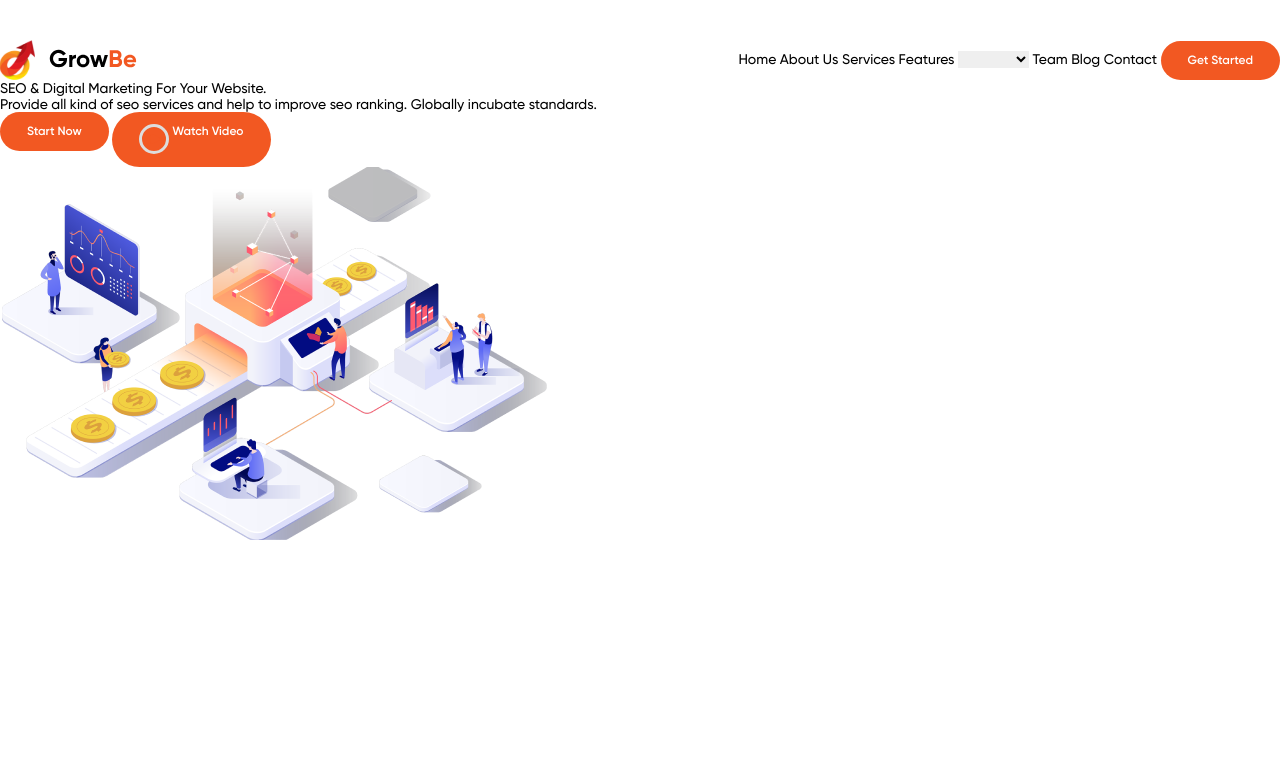
Repository: Alekseiy1980/GrowBe
Page: index.html
An editor plug-in stored every save of this project. The page is shown before and after the next save, followed by the edit.
The browser window is 1280 px wide. The pictures show the whole page.

Above is the page before, as saved 2024-01-20 12:32:10.

### index.html
<!DOCTYPE html>
<html lang="en">
<head>
    <meta charset="UTF-8">
    <meta name="viewport" content="width=device-width, initial-scale=1.0">

    <link rel="stylesheet" href="css/reset.css">
    <link rel="stylesheet" href="css/style.css">
    <title>GrowBe</title>
</head>
<body>
    <header>
        <div class="menu_bar">
            <div class="logo">
                <a class="logo-link" href="#">
                    <img src="/img/Logo.svg"  />
                </a>
            </div>
            <nav>
                <a class="menu menu_activ" href="@">Home</a>
                <a class="menu" href="@"> About Us</a>
                <a class="menu" href="@">Services</a>
                <label class="menu menu_label" for="pet-select">Features</label>
                    <select name="pets" id="pet-select">
                    <option value=""></option>
                    <option value="dog">Dog</option>
                    <option value="cat">Cat</option>
                    <option value="hamster">Hamster</option>
                    <option value="parrot">Parrot</option>
                    <option value="spider">Spider</option>
                    <option value="goldfish">Goldfish</option>
                    </select>

                <a class="menu" href="@">Team</a>
                <a class="menu" href="@">Blog</a>
                <a class="menu" href="@">Contact</a>
                <button class="btn_menu" type="button">Get Started</button>
            </nav>

        </div>
        <div class="home_meta">
            <div class="nome_content">
                <div class="home_title">
                    <h1>SEO & Digital <span>Marketing</span>  For Your Website.</h1>
                </div>
            <div class="sub_title">
                <p>Provide all kind of seo services and help to improve seo ranking. Globally incubate standards.</p>
            </div>
            <div class="btn_meta">
                <button class="btn_menu" type="button">Start Now</button>
                <button class="btn_menu" type="button">
                        <img
                            src="img/play.svg"
                            alt="play"
                            />
                    Watch Video</button>
            </div>
            </div>
            <div class="home_img">
                <img src="img/home_Image.png" alt="">
            </div>
        </div>
    </header>
</body>
</html>

### css/reset.css

* {
    padding: 0;
    margin: 0;
    border: 0;
}

*,
*::before,
*::after {
    -moz-box-sizing: border-box;
    -webkit-box-sizing: border-box;
    box-sizing: border-box;
}

:focus,
:active {
    outline: none;
}

a:focus,
a:active {
    outline: none;
}

nav,
footer,
header,
aside {
    display: block;
}

html,
body {
    height: 100%;
    width: 100%;
    font-size: 100%;
    line-height: 1;
    font-size: 14px;
    -ms-text-size-adjust: 100%;
    -moz-text-size-adjust: 100%;
    -webkit-text-size-adjust: 100%;
}

input,
button,
textarea {
    font-family: inherit;
}

input::-ms-clear {
    display: none;
}

button {
    cursor: pointer;
}

button::-moz-focus-inner {
    padding: 0;
    border: 0;
}

a,
a:visited {
    text-decoration: none;
}

a:hover {
    text-decoration: none;
}

ul li {
    list-style: none;
}

img {
    vertical-align: top;
}

h1,
h2,
h3,
h4,
h5,
h6 {
    font-size: inherit;
    font-weight: 400;
}

### css/style.css
@font-face {
	font-family: 'Gilroy-Bold';
	src: url(/fonts/Gilroy-Bold.ttf);
}


@font-face {
	font-family: 'Gilroy-Medium';
	src: url(/fonts/Gilroy-Medium.ttf);
}
@font-face{
    font-family: 'Gilroy_Regular';
    src: url(/fonts/Gilroy-Regular.ttf);
}

@font-face{
    font-family: 'Gilroy-SemiBold';
    src: url(/fonts/Gilroy-SemiBold.ttf);
}
body{
    font-family: Gilroy-Medium;
    font-size: 14px;
    font-style: normal;
    font-weight: 400;
    line-height: normal;
}

header {
    max-width: 1920px;
    margin: 0 auto;
}
.menu_bar{
    display: flex;
    justify-content: space-between;
    align-items: center;
    margin-top: 40px;
    height: 40px;
}

.logo{
    width: 137px;
    height: 40px;
}

.menu{
    color: #000;
    padding-top: 11px;
    padding-bottom: 12px;

}

.menu:hover{
    color: #F25822;
    font-family: Gilroy-SemiBold;
}

.btn_menu{
    color: #FFF;
    font-family: Gilroy-SemiBold;
    font-size: 12px;
    border-radius: 30px;
    background: #F25822;
    padding:12px 27px 13px;
}

.btn_menu:hover{
    background: #f84504;
}


.home_meta{
    margin-top: ;
}

After the next save:
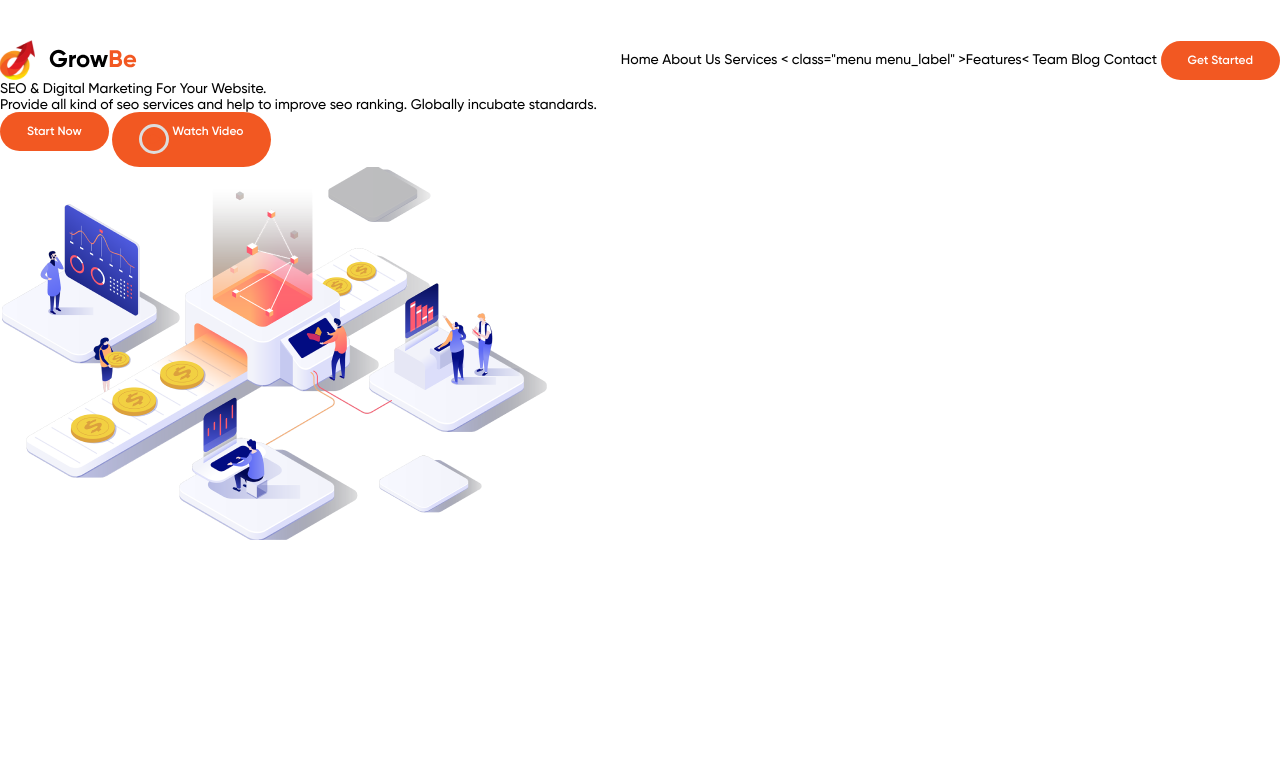
Saved 80 s later.
--- a/index.html
+++ b/index.html
@@ -20,16 +20,8 @@
                 <a class="menu menu_activ" href="@">Home</a>
                 <a class="menu" href="@"> About Us</a>
                 <a class="menu" href="@">Services</a>
-                <label class="menu menu_label" for="pet-select">Features</label>
-                    <select name="pets" id="pet-select">
-                    <option value=""></option>
-                    <option value="dog">Dog</option>
-                    <option value="cat">Cat</option>
-                    <option value="hamster">Hamster</option>
-                    <option value="parrot">Parrot</option>
-                    <option value="spider">Spider</option>
-                    <option value="goldfish">Goldfish</option>
-                    </select>
+                < class="menu menu_label" >Features<
+
 
                 <a class="menu" href="@">Team</a>
                 <a class="menu" href="@">Blog</a>

After the save that followed:
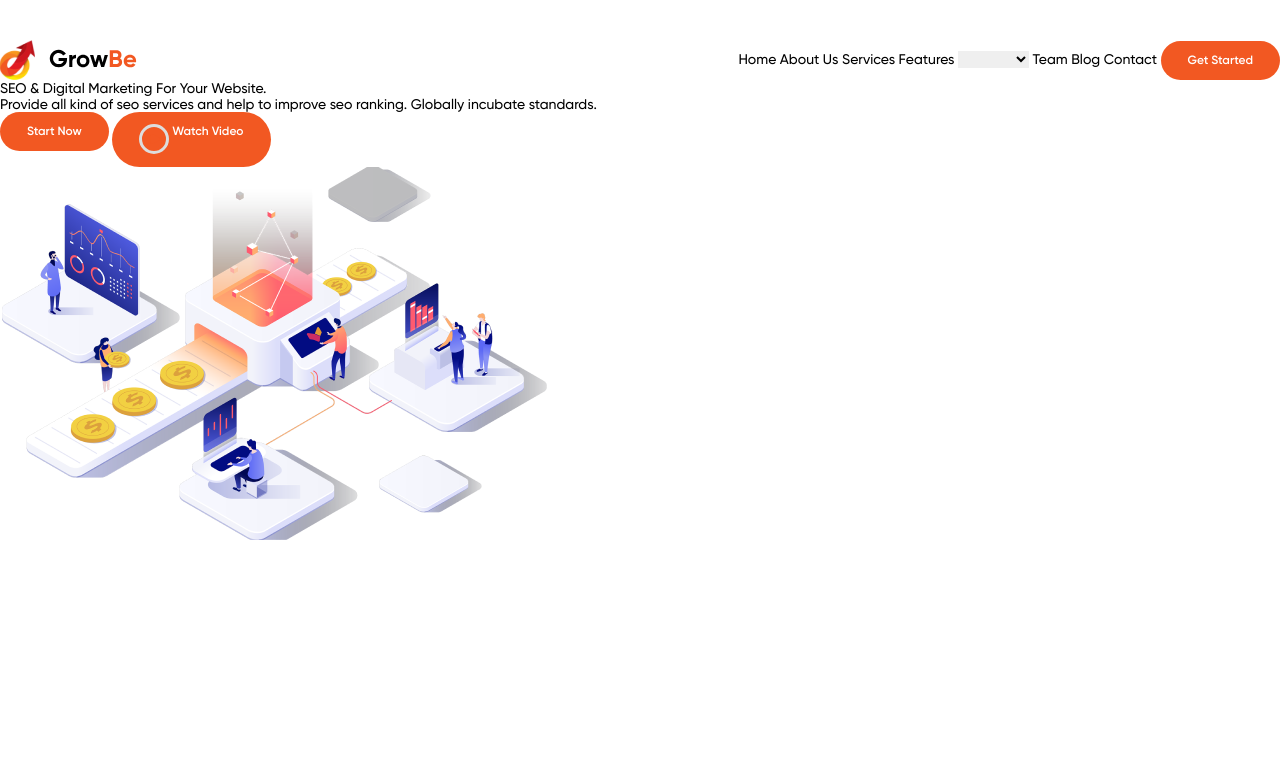
Saved 87 s later.
--- a/index.html
+++ b/index.html
@@ -20,8 +20,16 @@
                 <a class="menu menu_activ" href="@">Home</a>
                 <a class="menu" href="@"> About Us</a>
                 <a class="menu" href="@">Services</a>
-                < class="menu menu_label" >Features<
-
+                <label class="menu menu_label" for="pet-select">Features</label>
+                    <select name="pets" id="pet-select">
+                    <option value=""></option>
+                    <option value="dog">Dog</option>
+                    <option value="cat">Cat</option>
+                    <option value="hamster">Hamster</option>
+                    <option value="parrot">Parrot</option>
+                    <option value="spider">Spider</option>
+                    <option value="goldfish">Goldfish</option>
+                    </select>
 
                 <a class="menu" href="@">Team</a>
                 <a class="menu" href="@">Blog</a>
